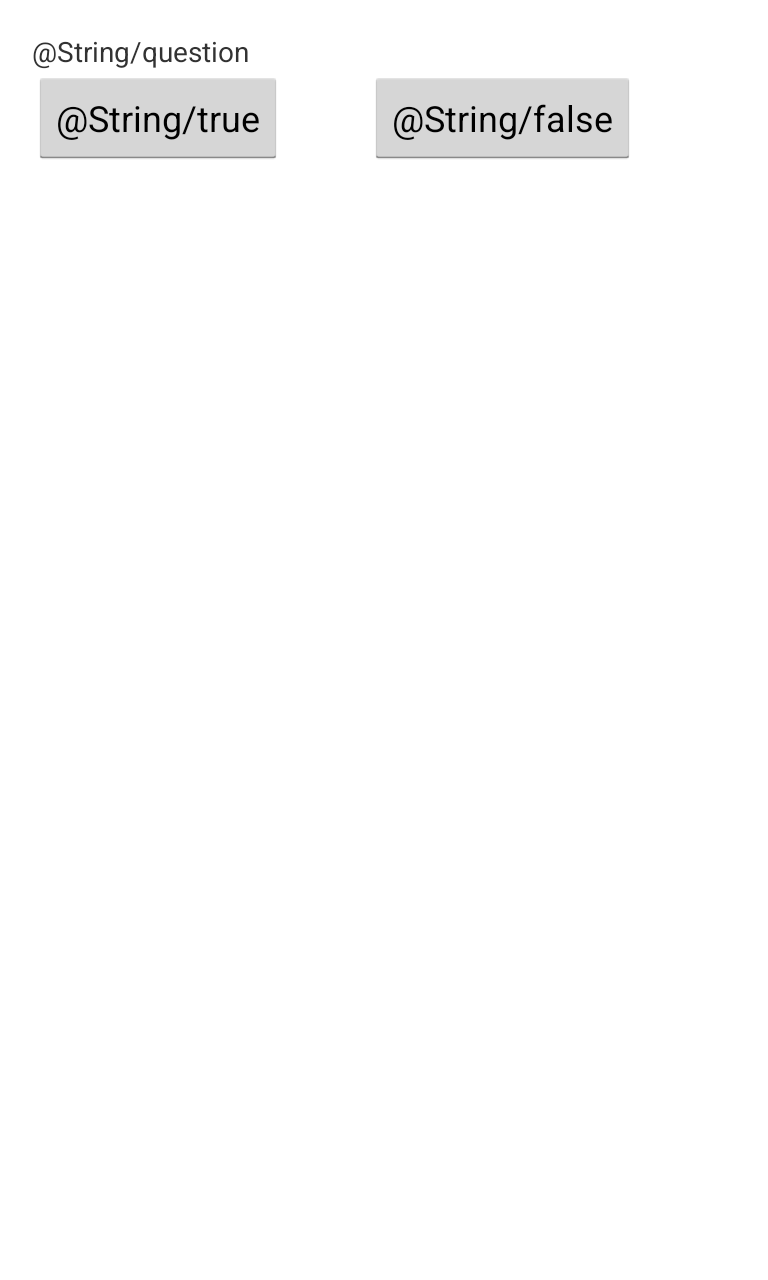
Repository: pmdouglas/BU-CS683
Layout: GeoQuiz/res/layout/activity_main.xml
These files come from the project's save history. The layout is drawn as it stood at one moment and after the next save; the edit follows.
It is drawn on a 768 x 1280 px phone screen (xhdpi) without system bars, with theme AppTheme; the app's code is not run.

Above is the layout before, as saved 2014-09-03 00:28:40.

After the next save:
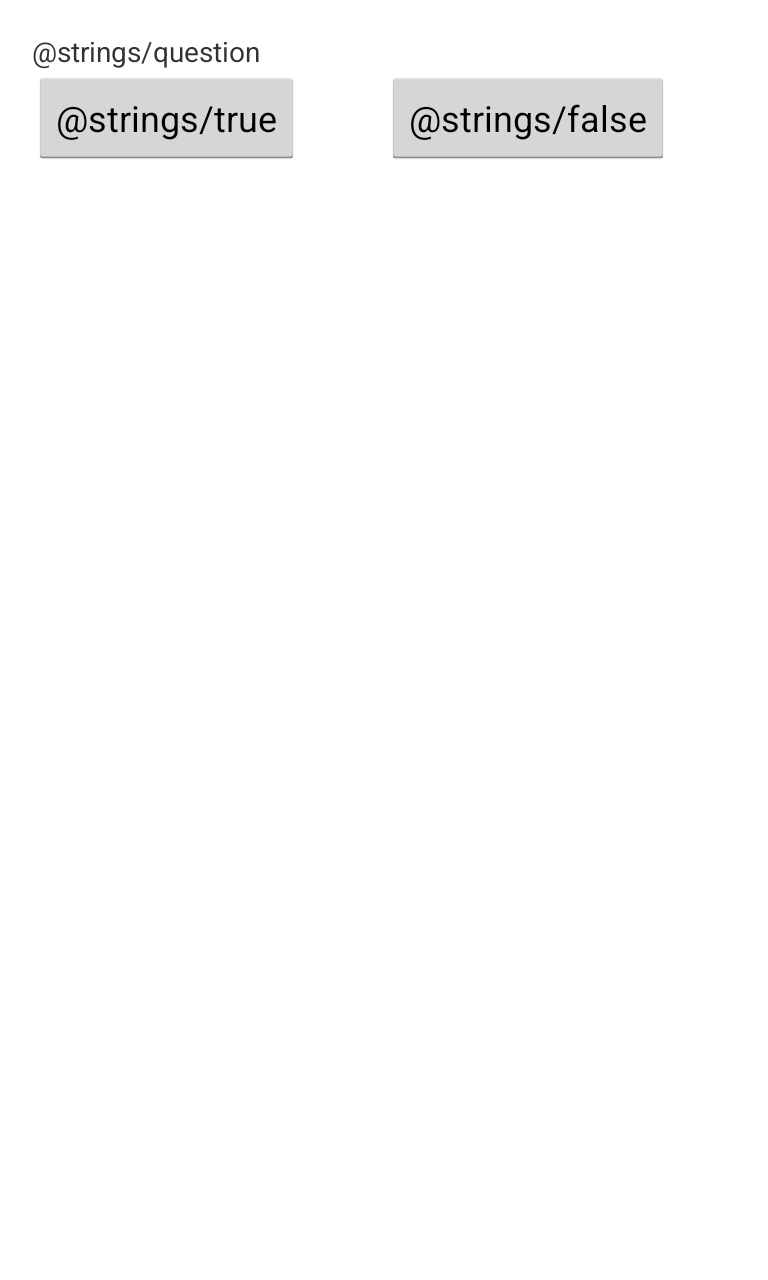
Saved 84 s later.
--- a/GeoQuiz/res/layout/activity_main.xml
+++ b/GeoQuiz/res/layout/activity_main.xml
@@ -20,7 +20,7 @@
         android:id="@+id/textView1"
         android:layout_width="wrap_content"
         android:layout_height="wrap_content"
-        android:text="@String/question" />
+        android:text="@strings/question" />
 
     <RelativeLayout
         android:layout_width="match_parent"
@@ -32,7 +32,7 @@
             android:layout_height="wrap_content"
             android:layout_alignParentLeft="true"
             android:layout_alignParentTop="true"
-            android:text="@String/true" />
+            android:text="@strings/true" />
 
         <Button
             android:id="@+id/button2"
@@ -41,9 +41,10 @@
             android:layout_alignBottom="@+id/button1"
             android:layout_marginLeft="42dp"
             android:layout_toRightOf="@+id/button1"
-            android:text="@String/false" />
+            android:text="@strings/false" />
 
     </RelativeLayout>
+
 
     </LinearLayout>
 
